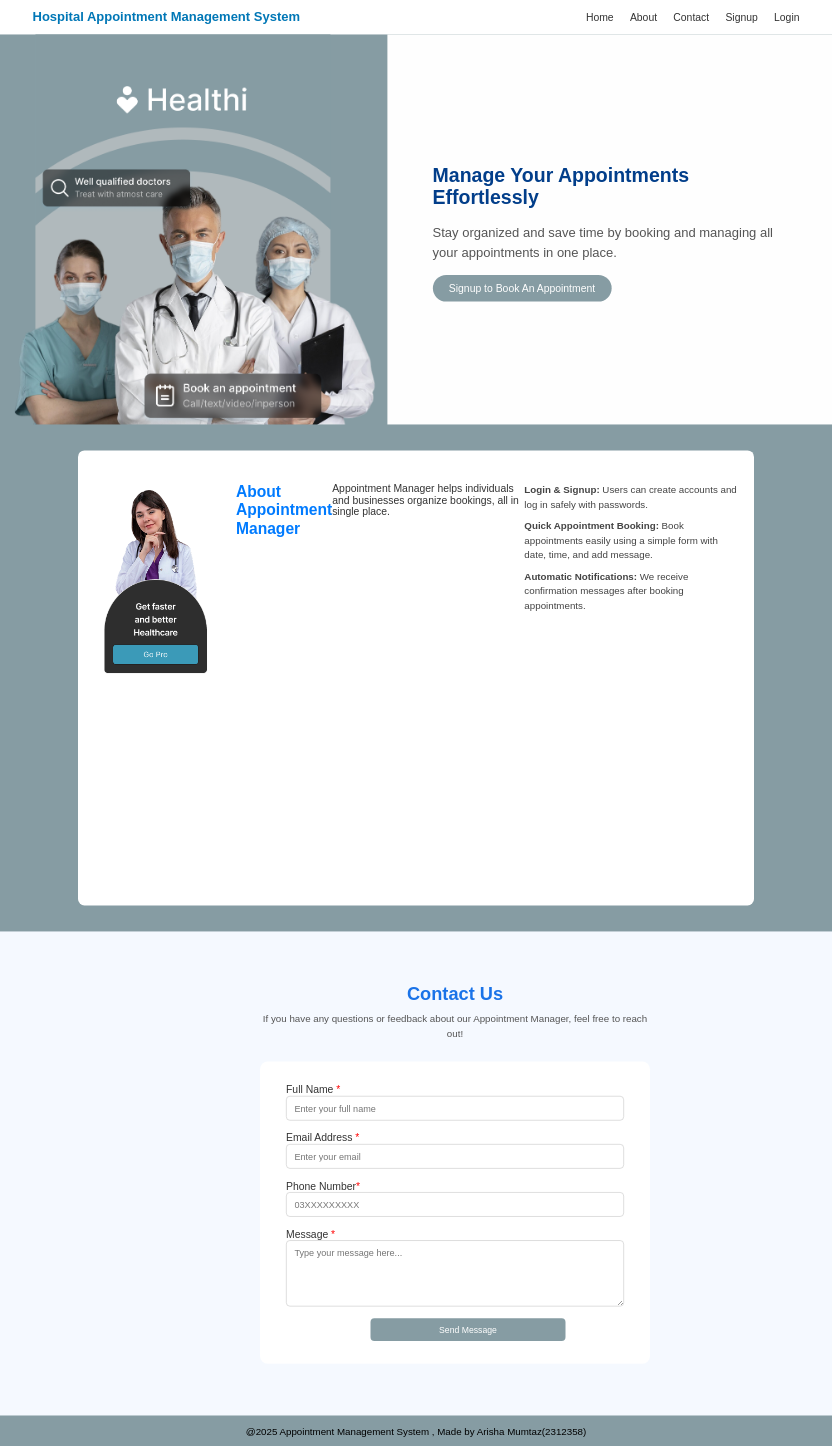
Repository: Arisha004/hospital-management-midterm-
Page: http://localhost/landingpage.html
These files come from the project's save history. The page is drawn as it stood at one moment and after the next save; the edit follows.
The browser window is 1280 px wide. The pictures show the whole page, at 65% of full size.
The page is run by PHP 8.4 with error messages shown; the project is at /var/www/html/.

Above is the page before, as saved 2025-11-08 14:35:55.

### landingpage.html

<html>
<head>
  <title>Appointment Management System</title>
  <link rel="stylesheet" href="style.css">
  <style>

  h2 {
    color: #007bff;
  }
  button{
  display: inline-block;
  background-color: #869CA3;
  color: #fff;
  padding: 10px 22px;
  border: none;
  border-radius: 6px;
  cursor: pointer;
  font-weight: 500;
   text-align: center;
}


a{
  color: white;
  text-decoration: none;
}
  </style>
</head>
<body>
  <header class="navbar">
    <div class="logo">Hospital Appointment Management System</div>
    <nav>
      <ul>
        <li><a href="#landing">Home</a></li>
        <li><a href="about.html">About</a></li>
        <li><a href="contact.html">Contact</a></li>
        <li><a href="signup.php">Signup</a></li>
        <li><a href="login.php">Login</a></li>

      </ul>
    </nav>
  </header>


  <section class="landing">
      <div class="right"></div>
    <div class="left">
      <h1>Manage Your Appointments Effortlessly</h1>
      <p>Stay organized and save time by booking and managing all your appointments in one place.</p>
      <a href="signup.php" class="btn">Signup to Book An Appointment</a>
    </div>

  </section>
  <section class="container about-inner">

    <section class="landing">
      <div class="rightabout"></div>
    <div class="leftabout">

        <h2>About Appointment Manager</h2>
        <p>Appointment Manager helps individuals and businesses organize bookings, all in single place.</p>
        <ul class="features">
              <li><strong> Login & Signup:</strong> Users can create accounts and log in safely with  passwords.</li>
<li><strong>Quick Appointment Booking:</strong> Book appointments easily using a simple form with date, time, and add message.</li>
<li><strong>Automatic Notifications:</strong> We receive confirmation messages after booking appointments.</li>

        </ul>
      </div>
    </div>
  </section>
 </section>
<section id="contact" class="contact">
    <div class="container contact-inner">
      <h2>Contact Us</h2>
      <p>If you have any questions or feedback about our Appointment Manager, feel free to reach out!</p>

      <form action="insertcontactform.php" method="post" class="contact-form">
        <div class="form-group">
          <label>Full Name <span>*</span></label>
          <input type="text" id="name" name="name" placeholder="Enter your full name" pattern="^[A-Za-z]{3,}( [A-Za-z]+)?$" title="Full name should contain only letters and spaces, and must be at least 3 characters long.">

        </div>

        <div class="form-group">
          <label>Email Address <span>*</span></label>
          <input type="email" id="email" name="email" placeholder="Enter your email" title="Please enter a valid email address, e.g. example@gmail.com." required>
        </div>

        <div class="form-group">
          <label>Phone Number<span>*</span></label>
          <input type="tel" id="phone" name="phone" placeholder="03XXXXXXXXX" required pattern="[0-9]{11}" title="Enter 11-digit number only">
        </div>

        <div class="form-group">
          <label>Message <span>*</span></label>
          <textarea id="message" name="message" rows="5" placeholder="Type your message here..." required  pattern=".*\S.*" minlength="10"  title="Message must be at least 10 characters long.Cannot enter only spaces"></textarea>
        </div>

        <button type="submit" class="btn">Send Message</button>
      </form>
    </div>
</section>



  <footer>
    <p> @2025 Appointment Management System , Made by Arisha Mumtaz(2312358)</p>
  </footer>
</body>
</html>

### style.css

* {
  margin: 0;
  padding: 0;
  font-family: 'Poppins', sans-serif;
}

body {
  background: #869CA3;
  color: #333;
}

.about {
  background-color: #f9f9f9;
  padding: 80px 0; /*80px top & bottom, 0 left & right */
}

.about-image img {

  width: 450px;
  border-radius: 10px;
}

.about-content {
  margin-top: 20px;
  width: 300px;
}

.about-content h2 {
  font-size: 28px;
  color: #1a73e8;
  margin-bottom: 15px;
}

.about-content p {
  font-size: 16px;
  color: #555;
  line-height: 1.6;
  margin-bottom: 20px;
}

.features {
  list-style: none;
  padding: 0;
  margin-bottom: 25px;
}

.features li {
  margin-bottom: 10px;
  color: #444;
  font-size: 15px;
  line-height: 1.5;
}



.contact {
  background-color: #f5f9ff;
  padding: 80px 0;
}

.contact-inner {
  width: 600px;
  margin-left: 400PX;
  text-align: center;
}

.contact h2 {
  font-size: 28px;
  color: #1a73e8;
  margin-bottom: 10px;
}

.contact p {
  color: #555;
  margin-bottom: 30px;
  font-size: 15px;
  line-height: 1.6;
}

.card {
  background-color: #869CA3;
  width: 280px;
  padding: 20px;
  border-radius: 10px;
  box-shadow: 0 0 8px rgba(0,0,0,0.1);
  text-align: left;
}
.card-container {
  display: flex;
  justify-content: center;
  gap: 20px;
}


.card h4 {
  font-size: 18px;
  margin-bottom: 10px;
  color: lightcyan;
}

.card p {
  font-size: 15px;
  color: whitesmoke;
  line-height: 1.5;
}



.contact-form {
  background-color: #fff;
  padding: 35px 40px;
  border-radius: 12px;
  text-align: left;
}

.form-group {
  margin-bottom: 18px;
}
.about-cards {
  text-align: center;
  padding: 40px 20px;
  background-color: #f5f5f5;
}

.about-cards h3 {
  font-size: 24px;
  margin-bottom: 30px;
  color: black;
}


label {
  font-weight: 500;
  margin-bottom: 6px;
  color: #333;
}

label span {
  color: red;
}

input, textarea {
  width: 100%;
  padding: 10px 12px;
  border: 1px solid #ccc;
  border-radius: 6px;
  font-size: 14px;
}



.contact-form .btn {
  display: inline-block;
  background-color: #869CA3;
  color: #fff;
  padding: 10px 22px;
  border: none;
  border-radius: 6px;
  cursor: pointer;
  font-weight: 500;

  margin-left: 130px;
   text-align: center;
}


.navbar {
  display: flex;
  justify-content: space-between;
  align-items: center;
  padding: 15px 50px;
  background: #fff;

 }

.navbar .logo {
  font-weight: 700;
  font-size: 20px;
  color: #0077b6;
}

.navbar ul {
  display: flex;
  list-style: none;
}

.navbar ul li a {
  text-decoration: none;
  color: #333;
  margin-left: 25px;
}

/*.landing becomes a flex container.
Its children (e.g., .left and .right) automatically become flex items.flex items are IN horizontally (row direction).*/

.landing {
  display: flex;
  height: 600px;
}

.landing .leftabout {
  display: flex;
  height: 300px;
}


  button{

  display: inline-block;
  background-color: #869CA3;
  color: #fff;
  padding: 10px 22px;
  border: none;
  border-radius: 6px;
  cursor: pointer;
  font-weight: 500;

   text-align: center;
}


.landing .left {

  width: 50%;
  padding: 0 70px; /*adds 70px space on left and right (inner spacing).*/
  background: #fefefe;
}


.landing .left h1 {
  margin-top: 200px;
  font-size: 30px;
  color: #023e8a;
  margin-bottom: 20px;
}

.landing .left p {
  font-size: 20px;
  color: #555;
  margin-bottom: 30px;
  line-height: 1.6;
}

.btn {
  background: #869CA3;
  color: #fff;
  padding: 12px 25px;
  border-radius: 30px;
  text-decoration: none;
  font-weight: 300;
  width: 300px;
}


.landing .right {
  width:700px;
  background:url(images/pic1.png);
  background-repeat: no-repeat;
  background-size: cover;
}





.form1-container {
  width: 520px;
  margin: 80px auto;
  background: white;
  padding: 20px;
  border-radius: 8px;
}

.form1-container h2 {
  text-align: center;
  color: #333;
}

.form1-container label {
  display: block;
  margin-top: 10px;
  color: #555;
}

.form1-container input {
  width: 100%;
  padding: 8px;
  margin-top: 5px;
  border: 1px solid #ccc;
  border-radius: 4px;
}

.form1-container button {
  width: 100%;
  margin-top: 15px;
  padding: 10px;
  background: #869CA3;
  border: none;
  color: white;
  border-radius: 4px;
  cursor: pointer;
}


.form1-container p {
  text-align: center;
  margin-top: 10px;
}

.success {
  text-align: center;
  background: #d4edda;
  color: #155724;
  padding: 8px;
  border-radius: 5px;
  margin: 10px auto;
  width: 320px;
}

.error {
  text-align: center;
  background: #f8d7da;
  color: #721c24;
  padding: 8px;
  border-radius: 5px;
  margin: 10px auto;
  width: 320px;
}

footer {
  text-align: center;
  padding: 15px;
 background-color:#869CA3;
  color: black;
  font-size: 15px;

}

.container.about-inner {
  padding: 50px 20px;
  background-color: #fff;
  margin: 40px auto;
  width: 1000px;
  border-radius: 10px;

}
.landing .rightabout {
  width:500px;
  background:url(images/pic2.png);
  background-repeat: no-repeat;
  background-size: contain;
}



.about-content {
  width: 600px;
}

.about-content h2 {
  font-size: 28px;
  margin-bottom: 15px;
  color: #222;
}

.about-content p {
  font-size: 16px;
  line-height: 1.6;
  margin-bottom: 15px;
}

After the next save:
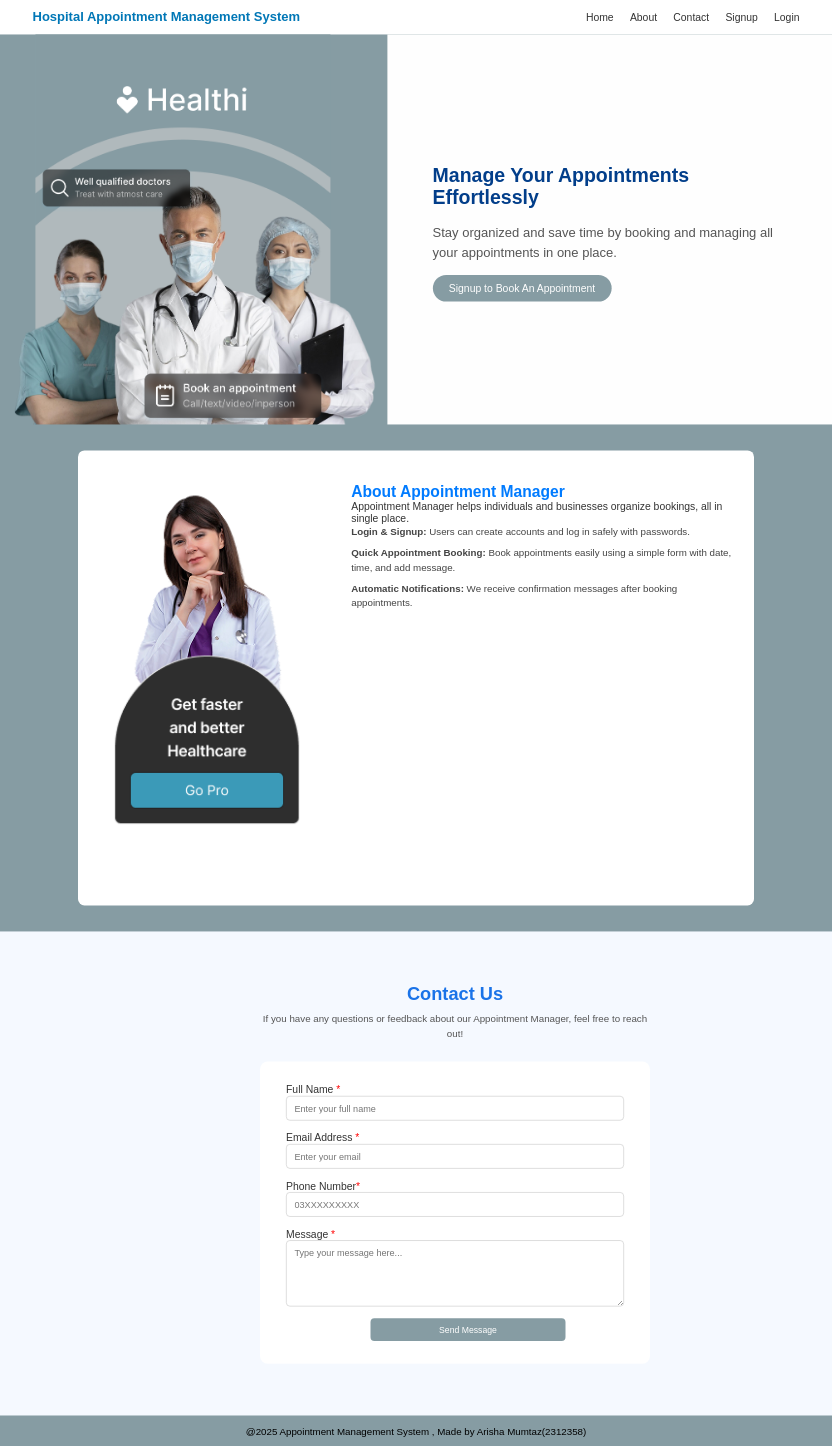
Saved 5 s later.
--- a/style.css
+++ b/style.css
@@ -199,10 +199,6 @@ Its children (e.g., .left and .right) automatically become flex items.flex items
   height: 600px;
 }
 
-.landing .leftabout {
-  display: flex;
-  height: 300px;
-}
 
 
   button{
